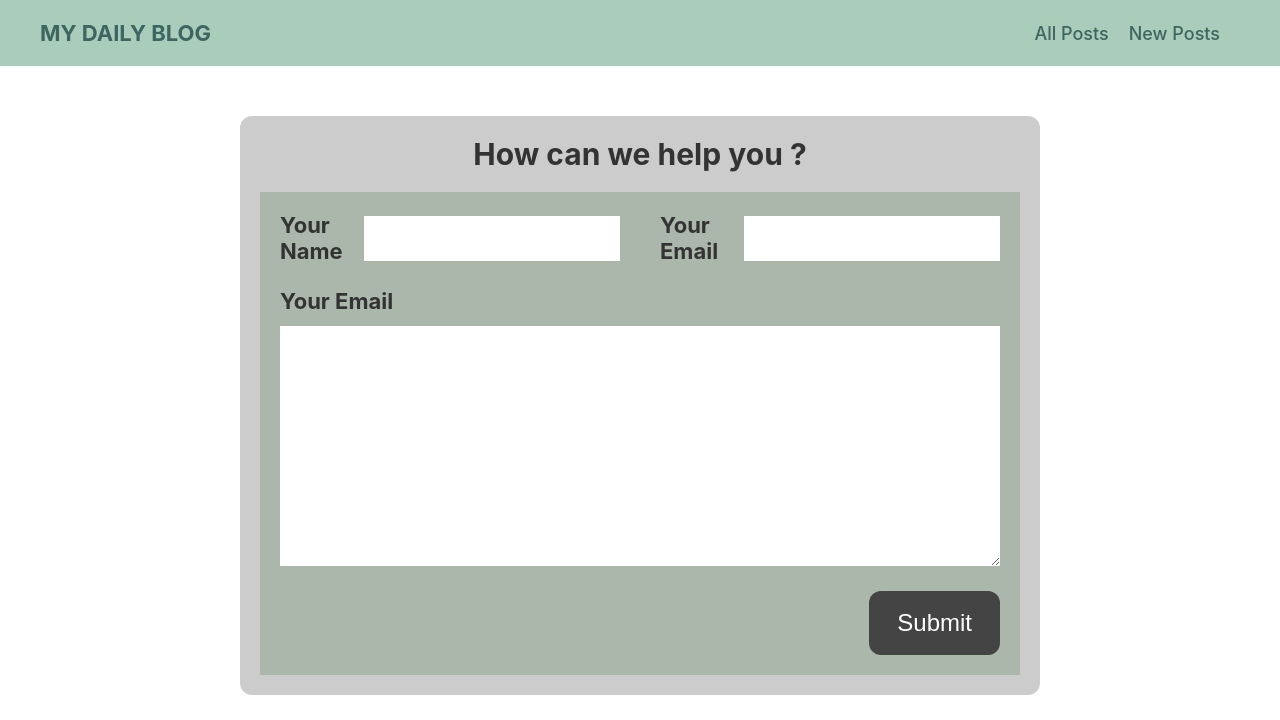
Repository: lyvandat/post-project-nextjs
Page: /new-post
The author's editor kept a copy of each file at every save. The page is drawn from the files as they stood at one save, then again after the next save.
The browser window is 1280 px wide. The pictures show the whole page.
The project was rebuilt for these pictures with package versions that can differ from the ones it lists, and the page was loaded fresh each time. The framework's server and built-in components were replaced by stand-ins that run in the browser. Also part of the build but not shown: next.config.js.

Above is the page before, as saved 2022-09-26 18:43:46.

### pages/_app.tsx
import "../styles/globals.css";
import type { AppProps } from "next/app";
import Layout from "../components/layout/Layout";

function MyApp({ Component, pageProps }: AppProps) {
  return (
    <Layout>
      <Component {...pageProps} />
    </Layout>
  );
}

export default MyApp;

### pages/new-post.tsx
import NewPost from "../components/posts/NewPost";
const NewPostPage: React.FC = (props) => {
  return <NewPost />;
};

export default NewPostPage;

### styles/globals.css
:root {
  --background-green: #aacdbb;
  --light-green: #abb7ab;
  --medium-green: #8b9874;
  --high-green: #3e6660;
}

html,
body {
  color: var(--medium-green);
  padding: 0;
  margin: 0;
  font-family: -apple-system, BlinkMacSystemFont, Segoe UI, Roboto, Oxygen,
    Ubuntu, Cantarell, Fira Sans, Droid Sans, Helvetica Neue, sans-serif;
}

html {
  font-size: 62.5%;
}

body {
  font-size: 1.6rem;
}

a {
  color: inherit;
  text-decoration: none;
}

* {
  box-sizing: border-box;
  margin: 0;
  border: 0;
  padding: 0;
}

ul {
  padding-left: 0;
  list-style: none;
}

button {
  outline: none;
}

img {
  display: block;
  max-width: 100%;
}

.container {
  max-width: 1200px;
  width: 100%;
  margin-left: auto;
  margin-right: auto;
}

.container > h2 {
  text-align: center;
  color: white;
  opacity: 0.66;
  margin-bottom: 40px;
  margin-top: 10px;
  padding-top: 30px;
  font-size: 2.8rem;
  font-weight: 600;
  text-transform: capitalize;
}

.padding-section {
  padding-top: 50px;
  padding-bottom: 30px;
}

### components/layout/Layout.tsx
import React from "react";
import classes from "./Layout.module.css";
import MainNavigation from "./MainNavigation";

const Layout: React.FC<{ children: React.ReactNode }> = (props) => {
  return (
    <React.Fragment>
      <MainNavigation></MainNavigation>
      <main className={classes.main}>{props.children}</main>
    </React.Fragment>
  );
};

export default Layout;

### components/posts/NewPost.tsx
import classes from "./NewPost.module.css";

const NewPost: React.FC = (props) => {
  return (
    <section className={`${classes.contact} container`}>
      <h1> How can we help you ?</h1>
      <form className={classes.form}>
        <div className={classes.controls}>
          <div className={classes.control}>
            <label htmlFor="name">Your Name</label>
            <input id="name" type="text"></input>
          </div>
          <div className={classes.control}>
            <label htmlFor="email">Your Email</label>
            <input id="email" type="text"></input>
          </div>
        </div>
        <div className={classes.text}>
          <label htmlFor="feedback">Your Email</label>
          <textarea id="feedback" rows={12}></textarea>
        </div>
        <div className={classes.actions}>
          <button type="submit">Submit</button>
        </div>
      </form>
    </section>
  );
};

export default NewPost;

### components/layout/Layout.module.css
.main {
  width: 100%;
  margin-left: auto;
  margin-right: auto;
}

### components/layout/MainNavigation.tsx
import classes from "./MainNavigation.module.css";
import Link from "next/link";

const MainNavigation: React.FC = (props) => {
  return (
    <header className={classes["main-header"]}>
      <div className={classes.container}>
        <Link href="/">
          <a>
            <h2>My Daily Blog</h2>
          </a>
        </Link>
        <nav>
          <ul>
            <li>
              <Link href="/all-posts">All Posts</Link>
            </li>
            <li>
              <Link href="/new-post">New Posts</Link>
            </li>
          </ul>
        </nav>
      </div>
    </header>
  );
};

export default MainNavigation;

### components/posts/NewPost.module.css
.contact {
  background-color: #ccc;
  border-radius: 12px;
  padding: 20px;
  color: #333;
  font-size: 2.2rem;
  font-weight: bold;
  margin-top: 50px;
  max-width: 800px;
}

.contact h1 {
  font-size: 3rem;
  text-align: center;
  margin-bottom: 20px;
}

.form {
  padding: 20px;
  background-color: var(--light-green);
}

.controls {
  display: flex;
  flex-flow: row nowrap;
  justify-content: space-between;
  margin-bottom: 24px;
}

.control {
  width: calc(50% - 20px);
  display: flex;
  align-items: center;
}

.control label {
  margin-right: 16px;
}

.control input {
  flex: 1;
  padding: 12px;
  font-size: 1.8rem;
}

.text textarea {
  width: 100%;
  font-size: 1.6rem;
  padding: 12px;
}

.text label {
  display: block;
  margin-bottom: 12px;
}

.actions button {
  display: block;
  margin-left: auto;
  font-size: 2.4rem;
  background-color: #444;
  color: #fff;
  border-radius: 12px;
  padding: 18px 28px;
  margin-top: 20px;
}

.actions button:hover {
  background-color: #222;
}

### components/layout/MainNavigation.module.css
.main-header {
  background-color: var(--background-green);
  padding: 20px;
}

.container {
  color: var(--high-green);
  width: 100%;
  max-width: 1200px;
  display: flex;
  justify-content: space-between;
  align-items: center;
  margin: 0 auto;
}

.container h2 {
  font-size: 22px;
  font-weight: 700;
  text-transform: uppercase;
}

.container nav {
}

.container ul {
  display: flex;
  justify-content: flex-start;
}

.container li {
  margin-right: 20px;
}

.container a {
  font-weight: 600;
  font-size: 18px;
  font-weight: 500;
}

After the next save:
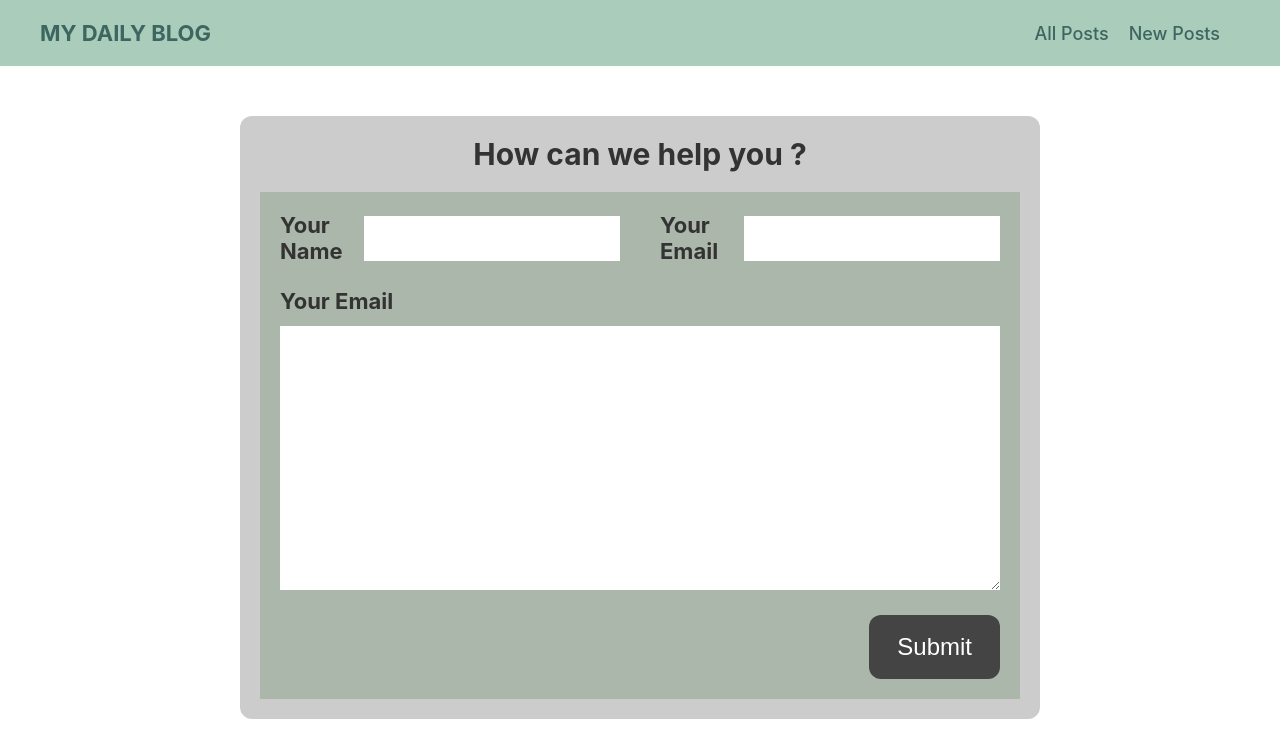
Saved 8 s later.
--- a/components/posts/NewPost.module.css
+++ b/components/posts/NewPost.module.css
@@ -45,7 +45,7 @@
 
 .text textarea {
   width: 100%;
-  font-size: 1.6rem;
+  font-size: 1.8rem;
   padding: 12px;
 }
 
